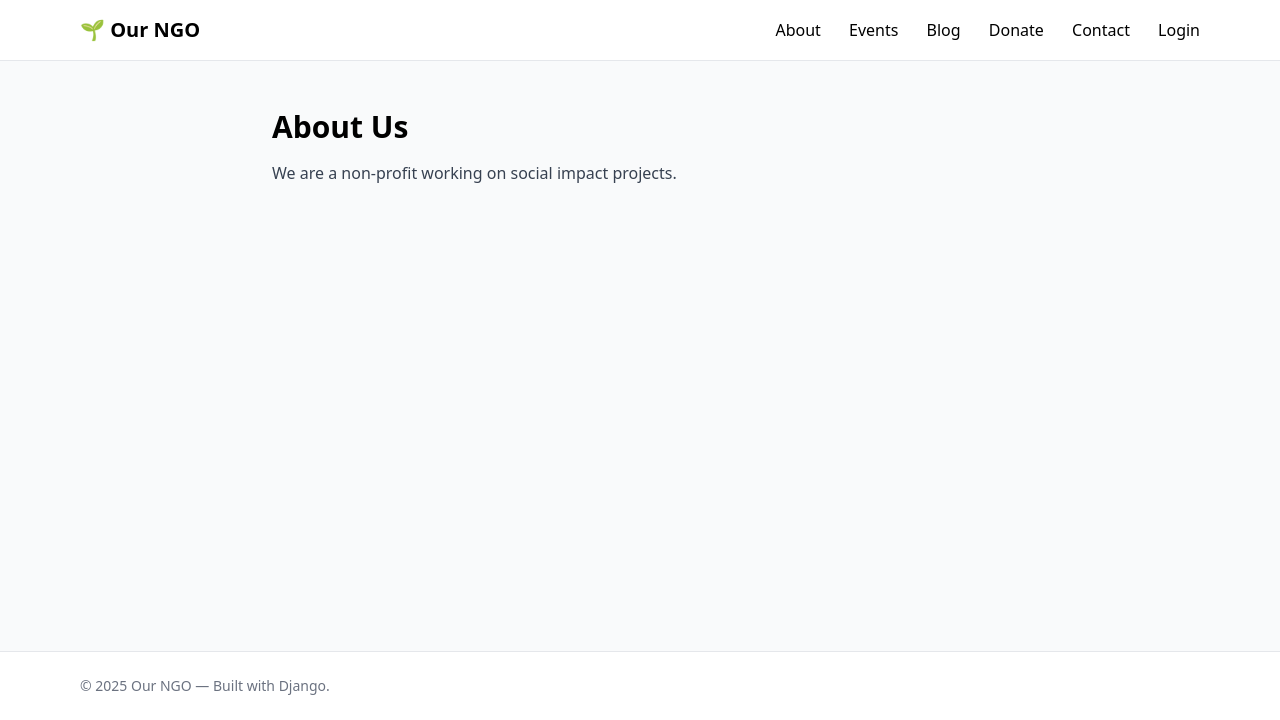
Repository: falak346/OUR-NGO
Page: http://localhost/about/
The author's editor kept a copy of each file at every save. The page is drawn from the files as they stood at one save, then again after the next save.
The browser window is 1280 px wide. The pictures show the whole page.
Some web libraries are served in a nearby version. The page is served by the project's application, run on Django 5.2 (ngo_site/manage.py).

Above is the page before, as saved 2025-11-13 11:40:17.

After the next save:
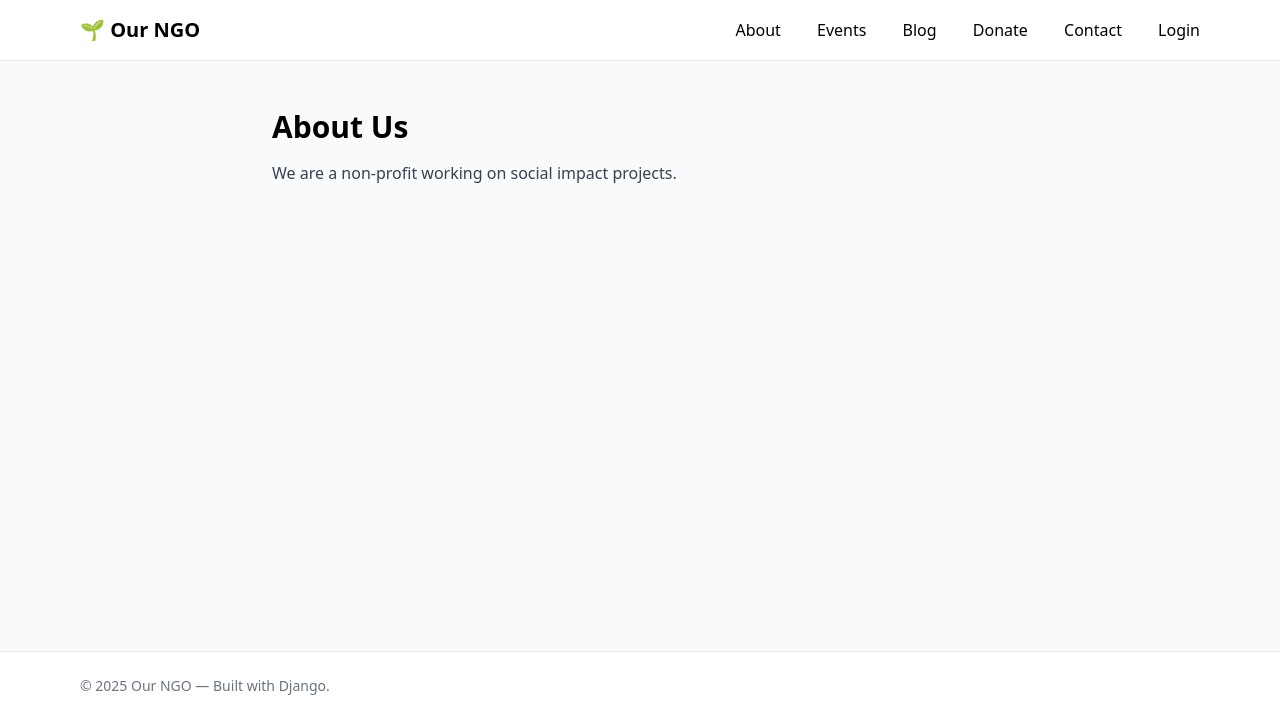
Saved 11 s later.
--- a/ngo_site/ngo_site/templates/base.html
+++ b/ngo_site/ngo_site/templates/base.html
@@ -11,7 +11,7 @@
   <header class="bg-white border-b">
     <div class="max-w-6xl mx-auto px-4 py-4 flex items-center justify-between">
       <a href="/" class="text-xl font-bold">🌱 Our NGO</a>
-      <nav class="space-x-6">
+      <nav class="space-x-8">
         <a class="hover:underline" href="/about/">About</a>
         <a class="hover:underline" href="/events/">Events</a>
         <a class="hover:underline" href="/blog/">Blog</a>
